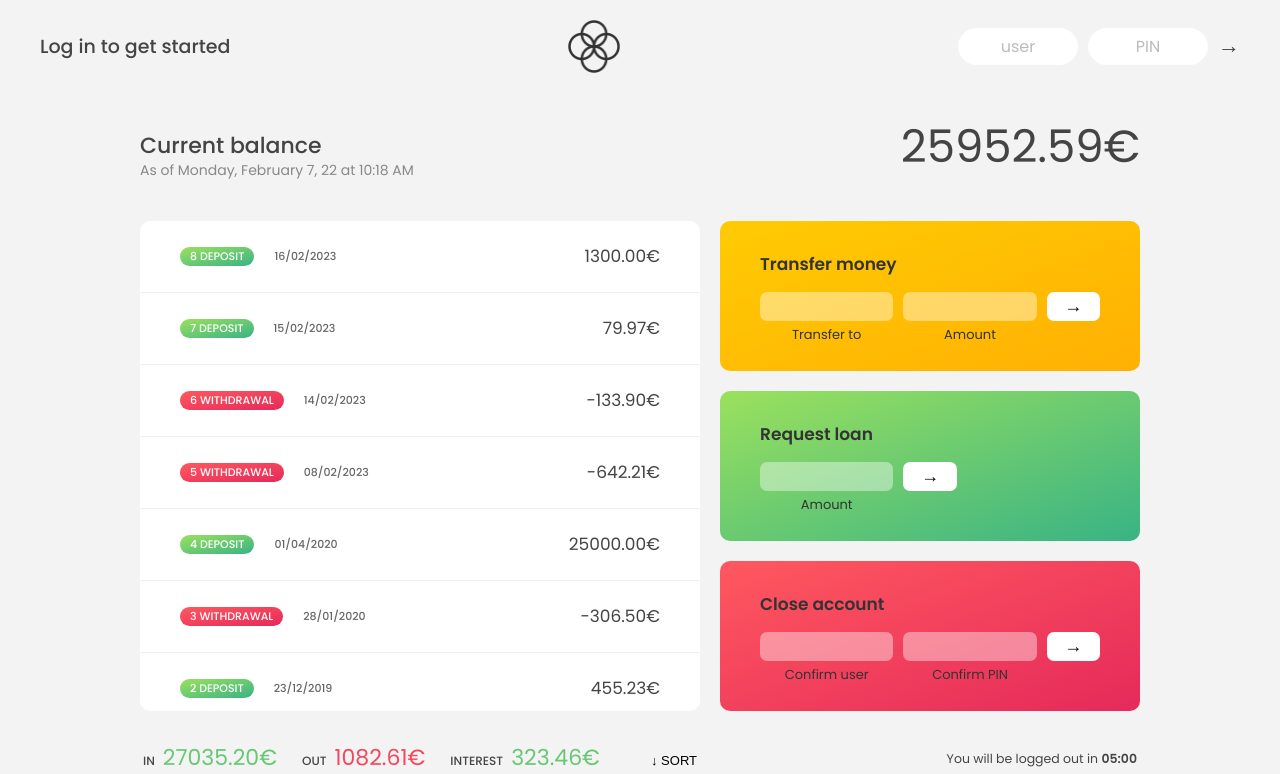
Repository: otvertka/jsc_12
Page: index.html
An editor plug-in stored every save of this project. The page is shown before and after the next save, followed by the edit.
The browser window is 1280 px wide. The pictures show the whole page.
An inner scrolling area shows only its first screen.

Above is the page before, as saved 2023-02-17 13:04:06.

After the next save:
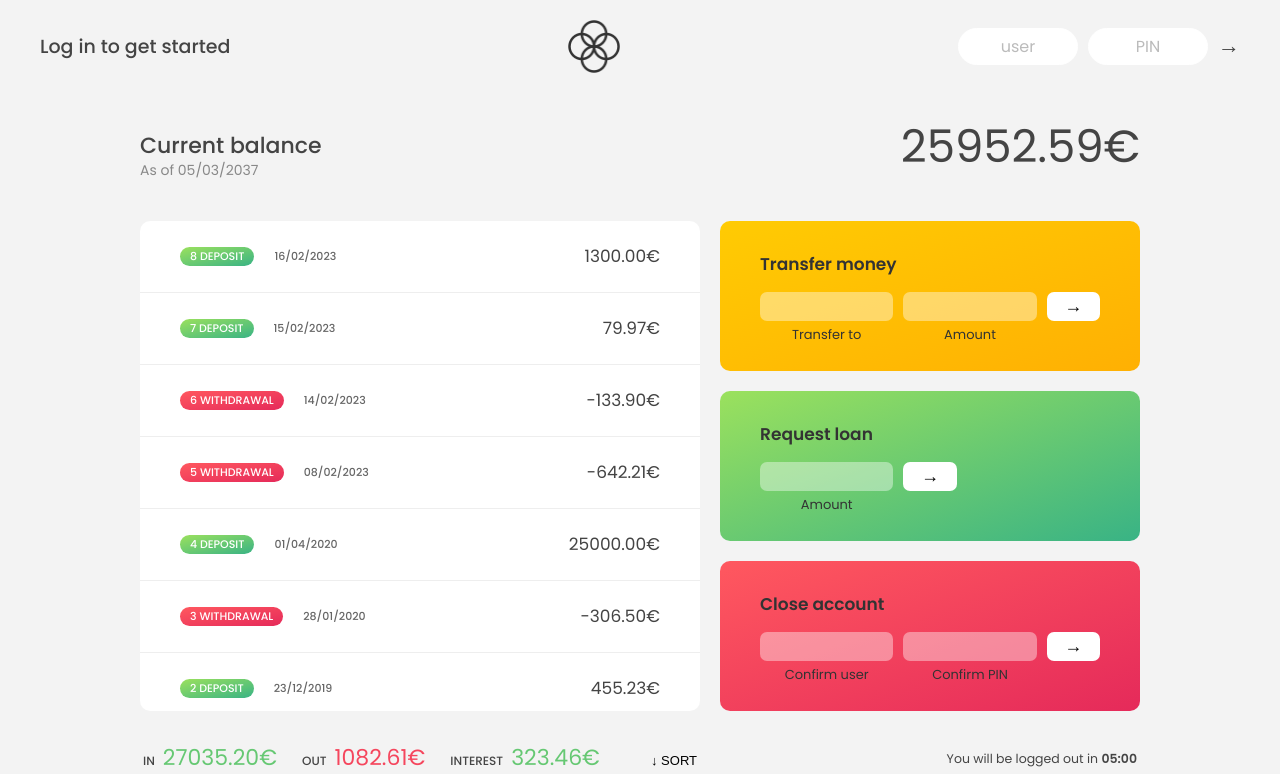
Console error (its wording comes from the project's code and is left out).
Saved 12 s later.
--- a/script.js
+++ b/script.js
@@ -191,7 +191,7 @@
   minute: 'numeric',
   day: 'numeric',
   month: 'long',
-  year: '2-digit',
+  year: 'long',
   weekday: 'long',
 };
 labelDate.textContent = new Intl.DateTimeFormat('en-US', options).format(now); // ПЕреводим в формат страны

After the save that followed:
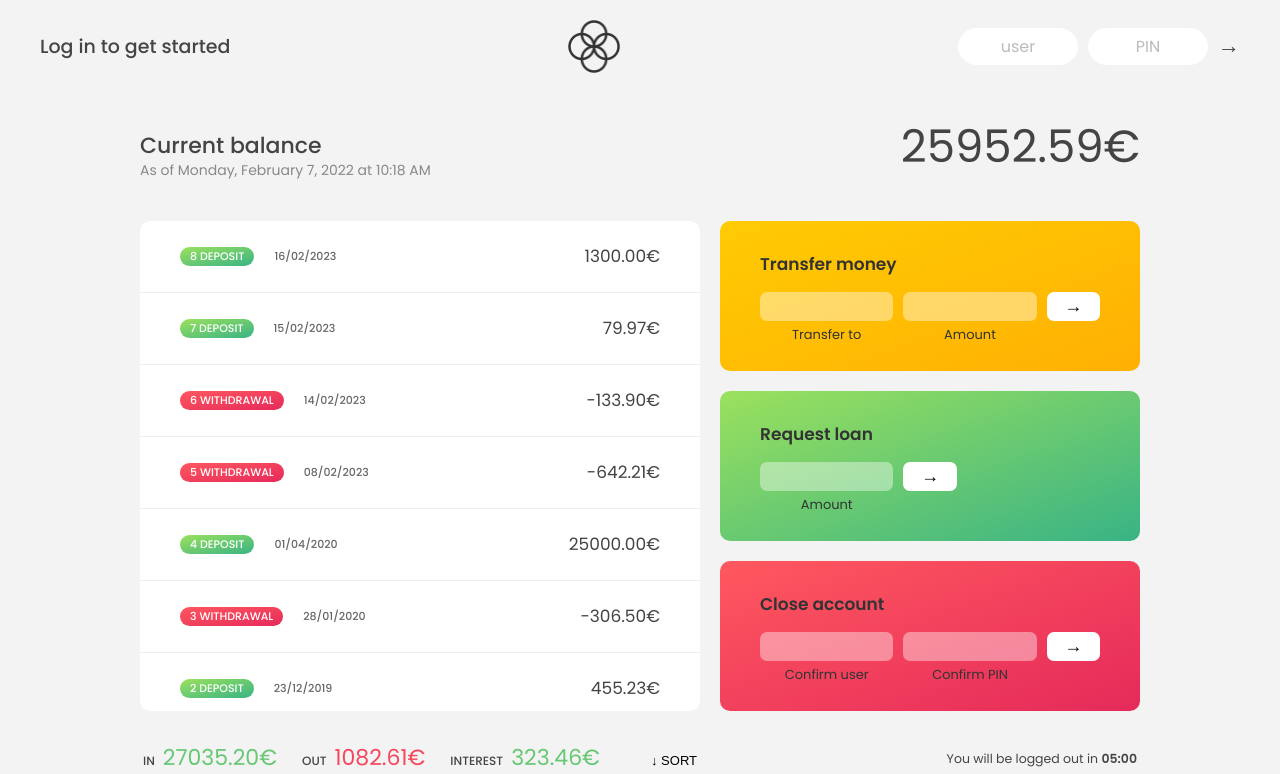
The error is gone.
Saved 4 s later.
--- a/script.js
+++ b/script.js
@@ -191,7 +191,7 @@
   minute: 'numeric',
   day: 'numeric',
   month: 'long',
-  year: 'long',
+  year: 'numeric',
   weekday: 'long',
 };
 labelDate.textContent = new Intl.DateTimeFormat('en-US', options).format(now); // ПЕреводим в формат страны
